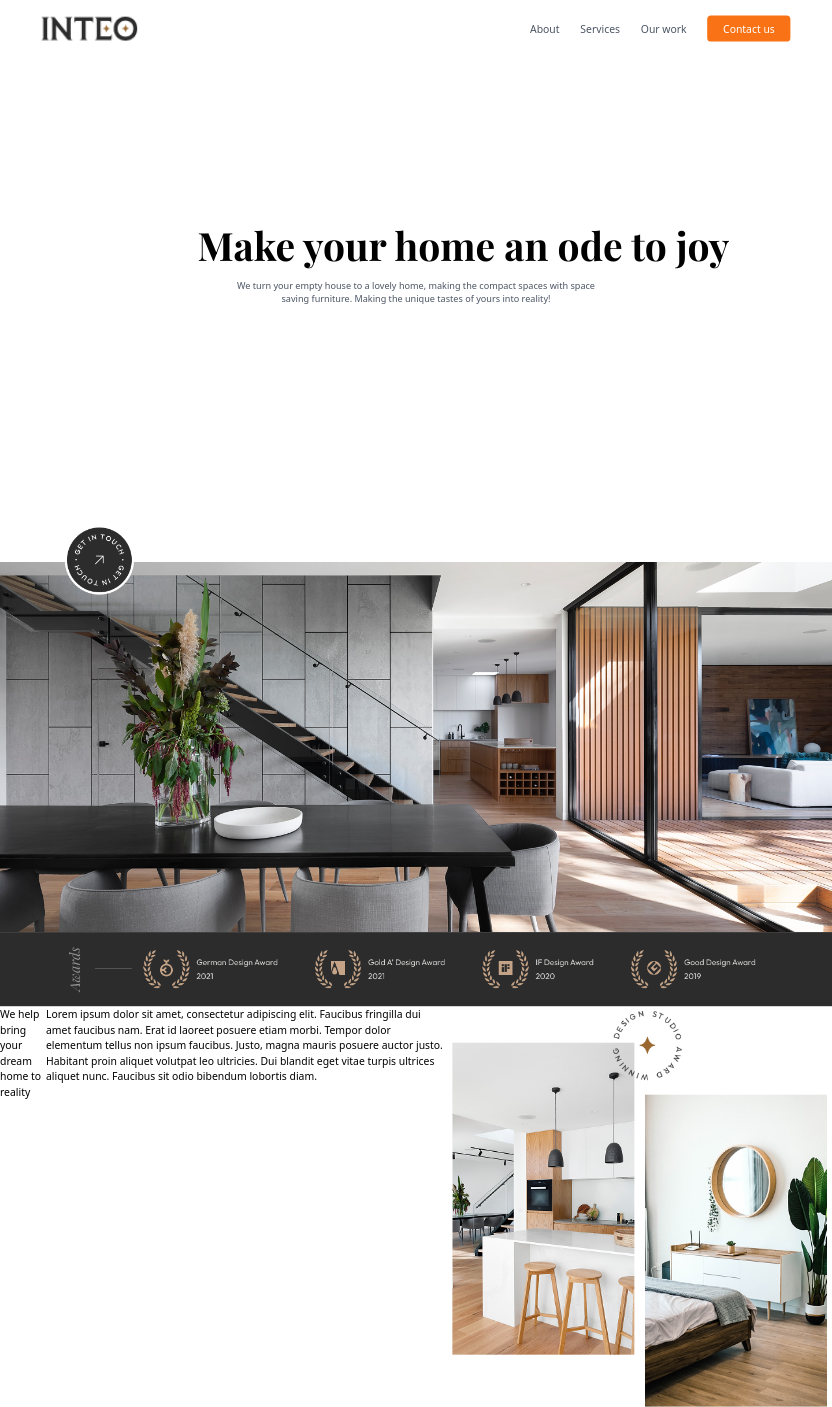
Repository: CatherinneJ/responsive-tailwind-website
Page: tailwind.html
The author's editor kept a copy of each file at every save. The page is drawn from the files as they stood at one save, then again after the next save.
The browser window is 1280 px wide. The pictures show the whole page, at 65% of full size.
Some web libraries are served in a nearby version.

Above is the page before, as saved 2025-05-20 19:00:24.

After the next save:
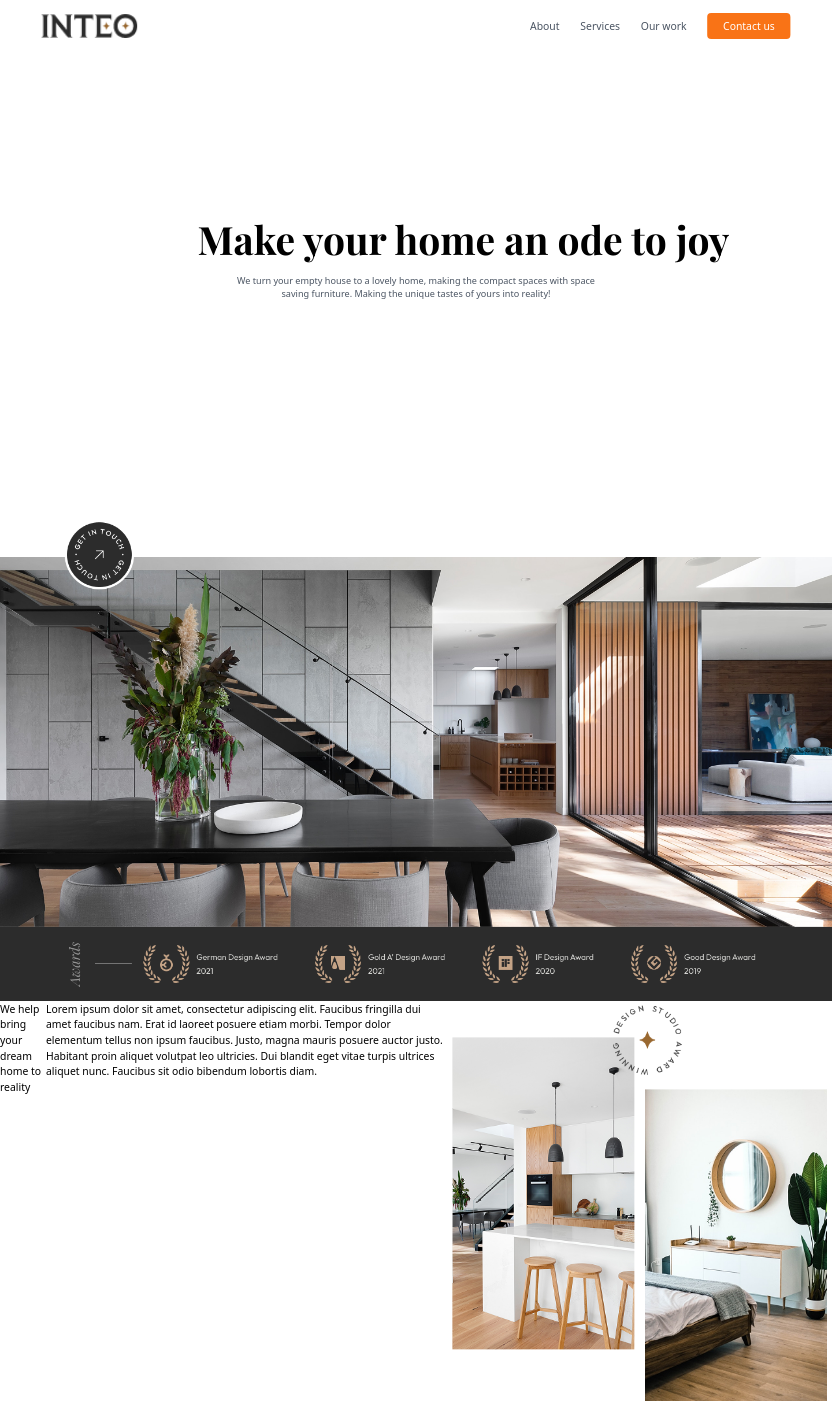
Saved 6 min 52 s later.
--- a/tailwind.html
+++ b/tailwind.html
@@ -13,7 +13,7 @@
     </style>
 </head>
 <body class="bg-white">
-    <header class="py-6 px-8 lg:px-16">
+    <header class="py-5 px-7 lg:px-16">
         <nav class="flex justify-between items-center">
             <img src="./Assets/Logo.png" alt="logo" class="h-10">
             <ul class="flex space-x-8 items-center">
